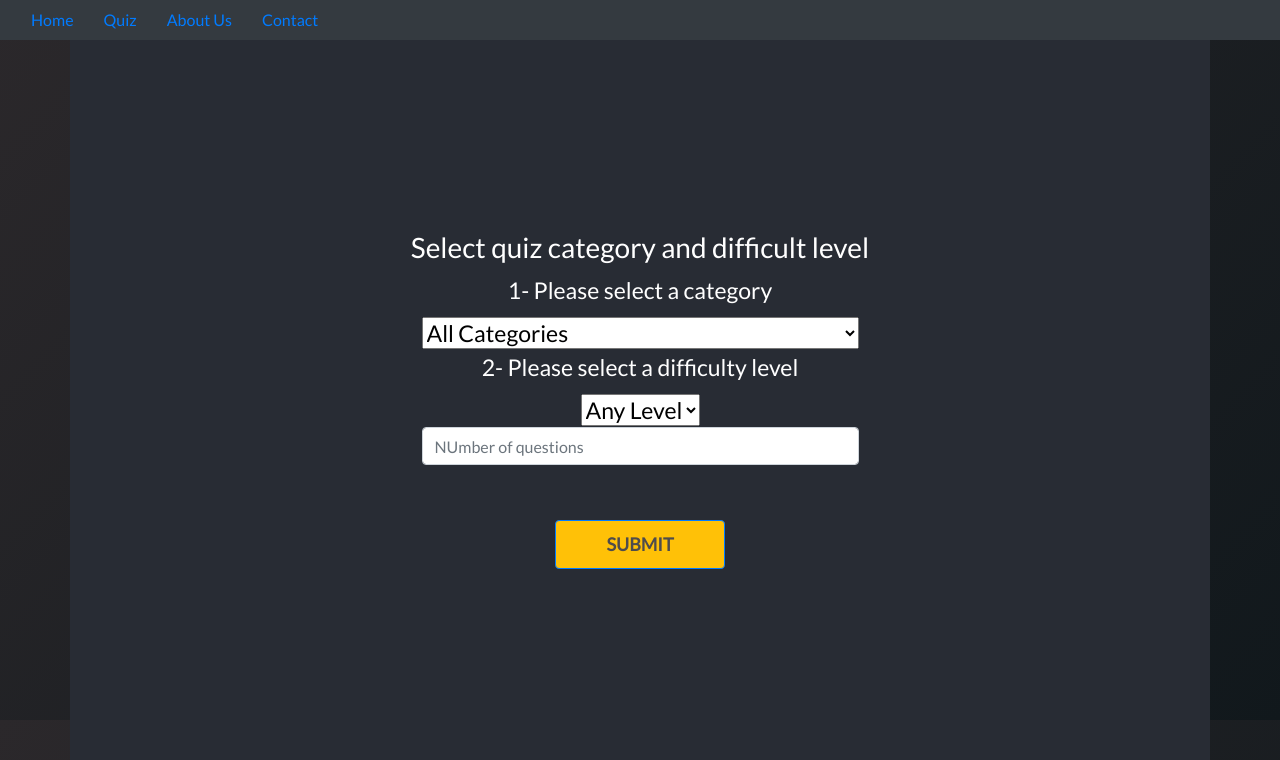
Repository: oba14/quiz-react
Page: /quizform
The author's editor kept a copy of each file at every save. The page is drawn from the files as they stood at one save, then again after the next save.
The browser window is 1280 px wide. The pictures show the whole page.
The project was rebuilt for these pictures with package versions that can differ from the ones it lists, and the page was loaded fresh each time. Also part of the build but not shown: src/components/pages/forms.css, src/components/pages/LandingPage.js, src/components/pages/NotFound.js, src/components/pages/Contact.js, src/components/pages/AboutUs.js, src/components/layout/Progress.js, src/components/layout/Question.js, src/components/layout/Answer.js and 3 more.

Above is the page before, as saved 2020-01-31 22:49:17.

After the next save:
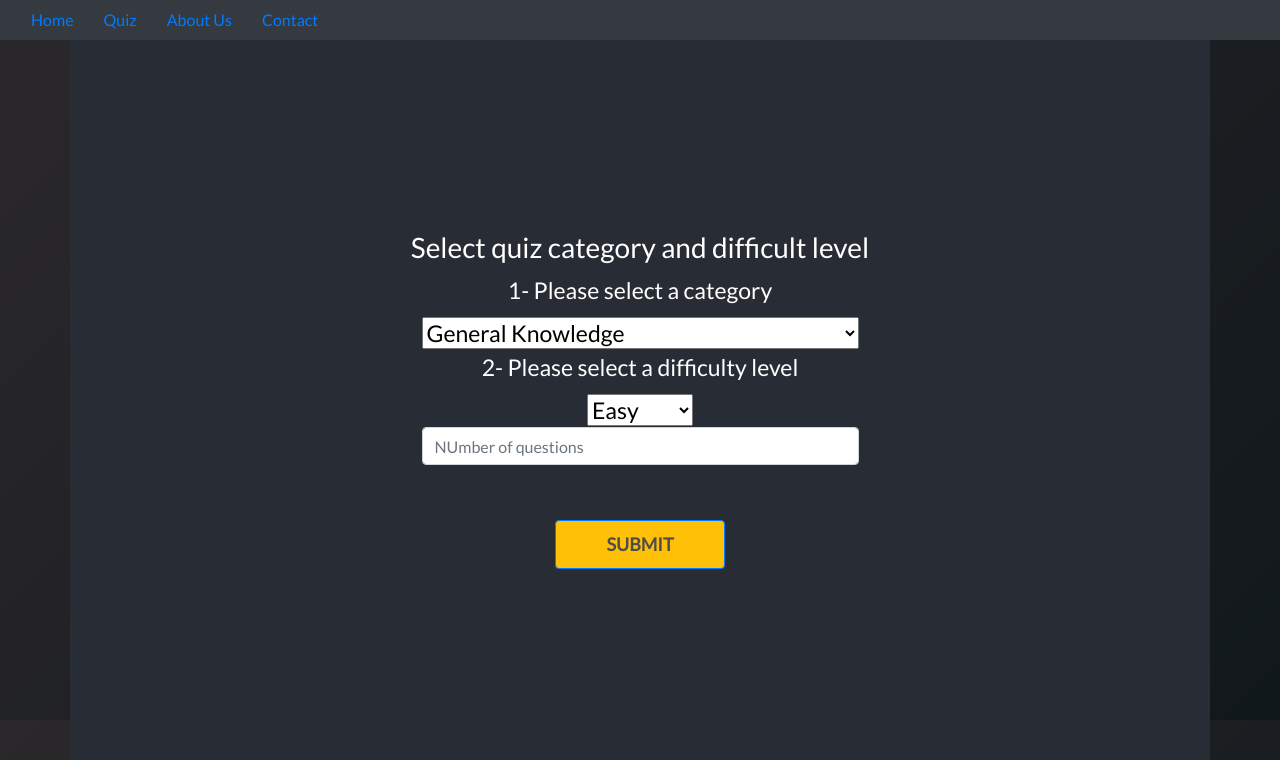
Saved 106 s later.
--- a/src/components/pages/QuizForm.js
+++ b/src/components/pages/QuizForm.js
@@ -8,7 +8,7 @@ const QuizForm = (props) => {
     const dispatch = useDispatch()
     const { register, handleSubmit, errors } = useForm();
 
-    const categories =  [{"id":1,"name":"All Categories"},{"id":9,"name":"General Knowledge"},{"id":10,"name":"Entertainment: Books"},
+    const categories =  [{"id":9,"name":"General Knowledge"},{"id":10,"name":"Entertainment: Books"},
     {"id":11,"name":"Entertainment: Film"},{"id":12,"name":"Entertainment: Music"},
     {"id":13,"name":"Entertainment: Musicals & Theatres"},{"id":14,"name":"Entertainment: Television"},
     {"id":15,"name":"Entertainment: Video Games"},{"id":16,"name":"Entertainment: Board Games"},
@@ -58,7 +58,6 @@ const QuizForm = (props) => {
                     </select> <br></br>
                     <label>2- Please select a difficulty level</label> <br></br>
                     <select name="difficulty" ref={register({ required: true })}>
-                        <option value='any'>Any Level</option>
                         <option value='easy'>Easy</option>
                         <option value='medium'>Medium</option>
                         <option value='hard'>Hard</option>
